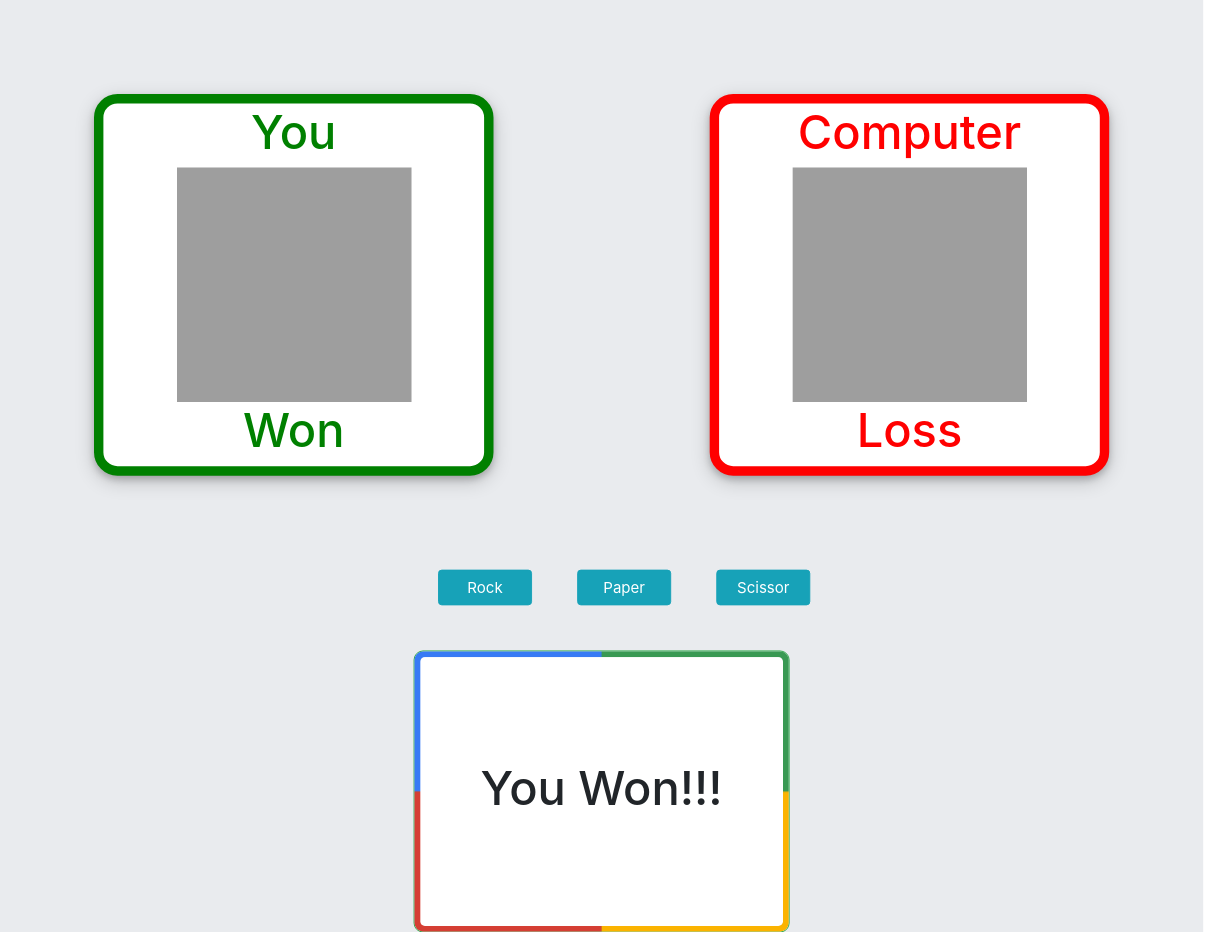
Repository: tts2610/React-Intro
Page: /
These files come from the project's save history. The page is drawn as it stood at one moment and after the next save; the edit follows.
The browser window is 1280 px wide. The page is 1295 px wide, so the pictures cover 1295 px, including what lies to the right of the window. The pictures show the whole page, at 94% of full size.
Pictures or frames that could not be fetched are drawn as grey boxes. Some web libraries are served in a nearby version. The project was rebuilt for these pictures with package versions that can differ from the ones it lists, and the page was loaded fresh each time.

Above is the page before, as saved 2020-05-26 22:53:38.

### public/index.html
<!DOCTYPE html>
<html lang="en">

<head>
    <meta charset="utf-8" />
    <link rel="icon" href="%PUBLIC_URL%/favicon.ico" />
    <meta name="viewport" content="width=device-width, initial-scale=1" />
    <meta name="theme-color" content="#000000" />
    <meta name="description" content="Web site created using create-react-app" />
    <link rel="apple-touch-icon" href="%PUBLIC_URL%/logo192.png" />
    <!--
      manifest.json provides metadata used when your web app is installed on a
      user's mobile device or desktop. See https://developers.google.com/web/fundamentals/web-app-manifest/
    -->
    <link rel="manifest" href="%PUBLIC_URL%/manifest.json" />
    <!--
      Notice the use of %PUBLIC_URL% in the tags above.
      It will be replaced with the URL of the `public` folder during the build.
      Only files inside the `public` folder can be referenced from the HTML.

      Unlike "/favicon.ico" or "favicon.ico", "%PUBLIC_URL%/favicon.ico" will
      work correctly both with client-side routing and a non-root public URL.
      Learn how to configure a non-root public URL by running `npm run build`.
    -->
    <title>React App</title>
    <link rel="stylesheet" href="https://maxcdn.bootstrapcdn.com/bootstrap/4.0.0/css/bootstrap.min.css" integrity="sha384-Gn5384xqQ1aoWXA+058RXPxPg6fy4IWvTNh0E263XmFcJlSAwiGgFAW/dAiS6JXm" crossorigin="anonymous">
</head>

<body>
    <noscript>You need to enable JavaScript to run this app.</noscript>
    <div id="root"></div>
    <!--
      This HTML file is a template.
      If you open it directly in the browser, you will see an empty page.

      You can add webfonts, meta tags, or analytics to this file.
      The build step will place the bundled scripts into the <body> tag.

      To begin the development, run `npm start` or `yarn start`.
      To create a production bundle, use `npm run build` or `yarn build`.
    -->
    <script src="https://code.jquery.com/jquery-3.2.1.slim.min.js" integrity="sha384-KJ3o2DKtIkvYIK3UENzmM7KCkRr/rE9/Qpg6aAZGJwFDMVNA/GpGFF93hXpG5KkN" crossorigin="anonymous"></script>
    <script src="https://cdnjs.cloudflare.com/ajax/libs/popper.js/1.12.9/umd/popper.min.js" integrity="sha384-ApNbgh9B+Y1QKtv3Rn7W3mgPxhU9K/ScQsAP7hUibX39j7fakFPskvXusvfa0b4Q" crossorigin="anonymous"></script>
    <script src="https://maxcdn.bootstrapcdn.com/bootstrap/4.0.0/js/bootstrap.min.js" integrity="sha384-JZR6Spejh4U02d8jOt6vLEHfe/JQGiRRSQQxSfFWpi1MquVdAyjUar5+76PVCmYl" crossorigin="anonymous"></script>
</body>

</html>

### src/App.js
import React , {Component } from 'react';
import './App.css';
import ChoiceCard from './components/ChoiceCard';
import Button from './components/Button';
import Result from './components/Result';


const choices = {
  rock:
    "https://opengameart.org/sites/default/files/forum-attachments/very%20simple%20rock_0.png",
  paper: "http://pngimagesfree.com/Paper/Thumb/blank-note-paper-free-clipa.png",
  scissor: "http://www.pngmart.com/files/1/Scissors-PNG-Pic.png"
};

export default class App extends Component{
    // const [choiceDic,setChoice] = useState({me:{winner:1,imgURL:choices.rock},computer:{winner:0,imgURL:choices.scissor}})
  constructor(props){
    super(props);
    this.state = {
      me:{winner:1,imgURL:"http://www.pngmart.com/files/1/Scissors-PNG-Pic.png"},
      computer:{winner:0,imgURL:"http://pngimagesfree.com/Paper/Thumb/blank-note-paper-free-clipa.png"},
    }
  }

  randomProperty = function (obj) {
    let keys = Object.keys(obj);
    let randomNum = keys.length * Math.random() << 0;
    return [obj[keys[randomNum]],keys[randomNum]];
  };

  handleClick = (myChoice)=>{
    let random = this.randomProperty(choices)
    let computerChoice = random[1];
    let myWinnerState;
    let computerWinnerState;
    if ((myChoice==='rock' && computerChoice==='scissor')||(myChoice==='paper' && computerChoice==='rock')|| (myChoice==='scissor' && computerChoice==='paper')) {
        myWinnerState = 1;
        computerWinnerState = 0;
    }else if((computerChoice==='rock' && myChoice==='scissor')||(computerChoice==='paper' && myChoice==='rock')|| (computerChoice==='scissor' && myChoice==='paper')){
        computerWinnerState = 1;
        myWinnerState = 0;
    }
    else{
        computerWinnerState = 2;
        myWinnerState = 2;
    }
    this.setState({
      me: {winner:myWinnerState,imgURL:choices[myChoice]},
      computer:{winner:computerWinnerState,imgURL:random[0]}
    },()=>{
      // if(this.state.me.winner===1&&this.state.computer.winner===0) alert("you win!!!");
      // else alert("you loose!");
    });

  }

  render(){
    return (
      <div className="App">
        <div className="row">
          <div className="col-6">
              <ChoiceCard title="You" winner={this.state.me.winner} imgURL={this.state.me.imgURL} />
          </div>
          <div className="col-6">
              <ChoiceCard title="Computer" winner={this.state.computer.winner} imgURL={this.state.computer.imgURL}/>
          </div>
        </div>

        <div className="row rowOfButtons">
        <Button type="rock" handleClick={this.handleClick}/>
        <Button type="paper" handleClick={this.handleClick}/>
        <Button type="scissor" handleClick={this.handleClick}/>
        </div>
        <div className="row border border-success result mt-5 mx-auto rainbow">
        <Result result={[this.state.me.winner,this.state.computer.winner]}/>
        </div>
      </div>
    );
  }

}

### src/App.css
.App {
    min-height: 100vh;
    text-align: center;
    background-color: #e9ebee;
}

.rowOfButtons {
    display: flex;
    justify-content: center;
}

.rowOfButtons button {
    width: 100px;
}

.choice-card {
    flex: 1;
    display: flex;
    margin: 100px;
    font-size: 3em;
    padding: 0 40px;
    font-weight: 300;
    text-align: center;
    border-radius: 25px;
    flex-direction: column;
    align-items: center;
    border: 1px solid black;
    background-color: white;
    justify-content: space-around;
    box-shadow: 0 4px 8px 0 rgba(0, 0, 0, 0.2), 0 6px 20px 0 rgba(0, 0, 0, 0.19);
}

img {
    width: 250px;
    height: 250px;
}

h1 {
    font-size: 50px;
}

.winner {
    color: green;
    border: 10px solid green;
}

.loser {
    color: red;
    border: 10px solid red;
}

.tie {
    border: 10px solid black;
}

.result {
    width: max-content;
    display: flex;
    justify-content: center;
}

@-webkit-keyframes rotate {
    100% {
        -webkit-transform: rotate(1turn);
        transform: rotate(1turn);
    }
}

@keyframes rotate {
    100% {
        -webkit-transform: rotate(1turn);
        transform: rotate(1turn);
    }
}

.rainbow {
    position: relative;
    z-index: 0;
    width: 400px;
    height: 300px;
    border-radius: 10px;
    overflow: hidden;
    padding: 2rem;
}

.rainbow::before {
    content: '';
    position: absolute;
    z-index: -2;
    left: -50%;
    top: -50%;
    width: 200%;
    height: 200%;
    background-color: #399953;
    background-repeat: no-repeat;
    background-size: 50% 50%, 50% 50%;
    background-position: 0 0, 100% 0, 100% 100%, 0 100%;
    background-image: -webkit-gradient(linear, left top, left bottom, from(#399953), to(#399953)), -webkit-gradient(linear, left top, left bottom, from(#fbb300), to(#fbb300)), -webkit-gradient(linear, left top, left bottom, from(#d53e33), to(#d53e33)), -webkit-gradient(linear, left top, left bottom, from(#377af5), to(#377af5));
    background-image: linear-gradient(#399953, #399953), linear-gradient(#fbb300, #fbb300), linear-gradient(#d53e33, #d53e33), linear-gradient(#377af5, #377af5);
    -webkit-animation: rotate 4s linear infinite;
    animation: rotate 4s linear infinite;
}

.rainbow::after {
    content: '';
    position: absolute;
    z-index: -1;
    left: 6px;
    top: 6px;
    width: calc(100% - 12px);
    height: calc(100% - 12px);
    background: white;
    border-radius: 5px;
}

.resultInner {
    display: flex;
    align-items: center;
}

### src/components/ChoiceCard.js
import React from 'react'

export default function ChoiceCard({title,winner,imgURL}) {

        if(winner===2){
            return (
                <div className={`choice-card tie`}>
                    <h1>{title}</h1>
                    <img src={imgURL} alt={imgURL}/>
                    <h1>Tie</h1>
                </div>
                );
        }
        return (
        <div className={`choice-card ${winner ? 'winner' : 'loser'}`}>
            <h1>{title}</h1>
            <img src={imgURL} alt={imgURL}/>
            <h1>{winner ? 'Won' : 'Loss'}</h1>
        </div>
        );
}

### src/components/Button.js
import React from 'react'

export default function Button({handleClick,type}){
    return (
        <div>
            <button type="button" className="btn btn-info ml-5 text-capitalize" onClick={()=>handleClick(type)} >{type}</button>
        </div>
    );
}

### src/components/Result.js
import React from 'react'

export default function Result({result}){
    if(result[0]>result[1])
        return (<div className="resultInner">
                    <h1>You Won!!!</h1>
                </div>);
    else if(result[0]<result[1]){
        return (<div className="resultInner">
            <h1>You Lost!!!</h1>
        </div>);
    }else{
        return (<div className="resultInner">
            <h1>Tie Game!!!</h1>
        </div>);
    }
}

Loaded but not shown: src/index.js (common file); src/index.css (common file); src/serviceWorker.js (common file)

After the next save:
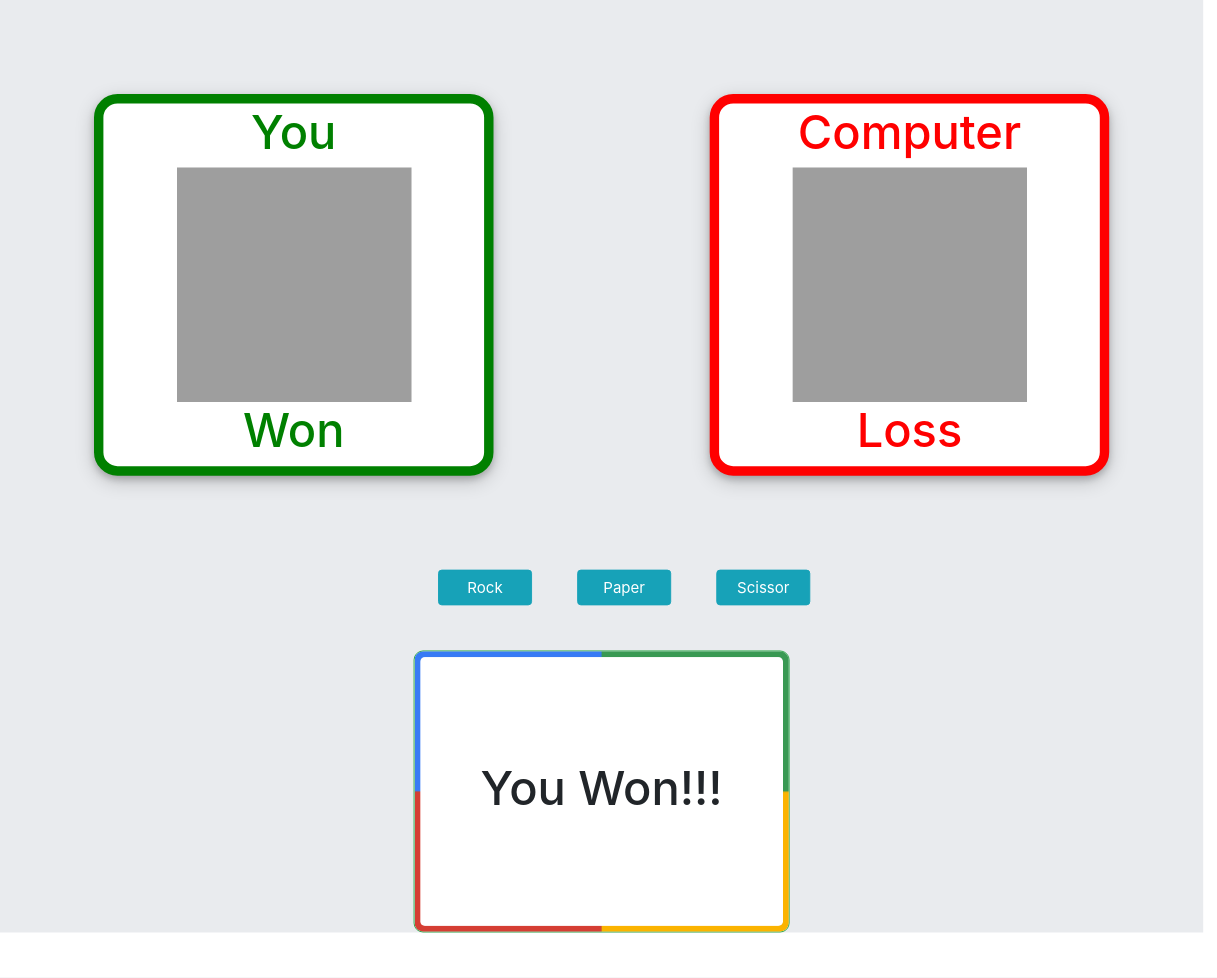
Saved 18 s later.
--- a/src/App.js
+++ b/src/App.js
@@ -71,7 +71,7 @@ export default class App extends Component{
         <Button type="paper" handleClick={this.handleClick}/>
         <Button type="scissor" handleClick={this.handleClick}/>
         </div>
-        <div className="row border border-success result mt-5 mx-auto rainbow">
+        <div className="row border border-success result mt-5 mx-auto rainbow mb-5">
         <Result result={[this.state.me.winner,this.state.computer.winner]}/>
         </div>
       </div>
